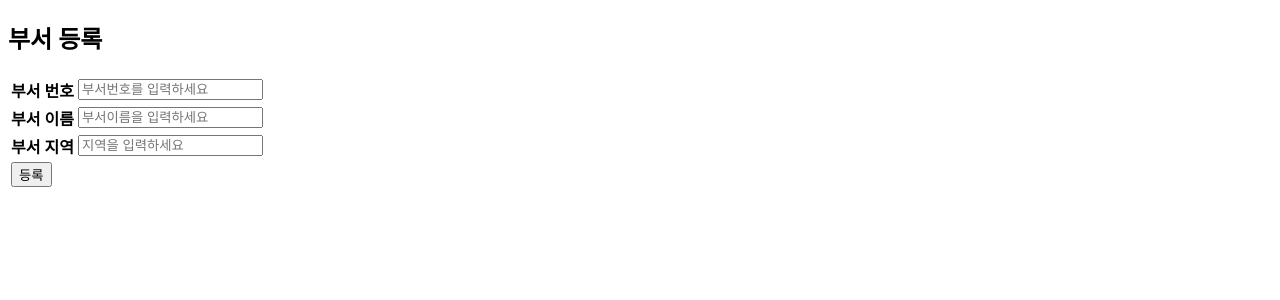
Repository: tmddnrdl333/5_BackEnd
Page: http://localhost/0323_mvc_basic/dept/regist.jsp
The author's editor kept a copy of each file at every save. The page is drawn from the files as they stood at one save, then again after the next save.
The browser window is 1280 px wide. The pictures show the whole page.
The page is served by Tomcat 9.

Above is the page before, as saved 2022-03-23 04:01:12.

After the next save:
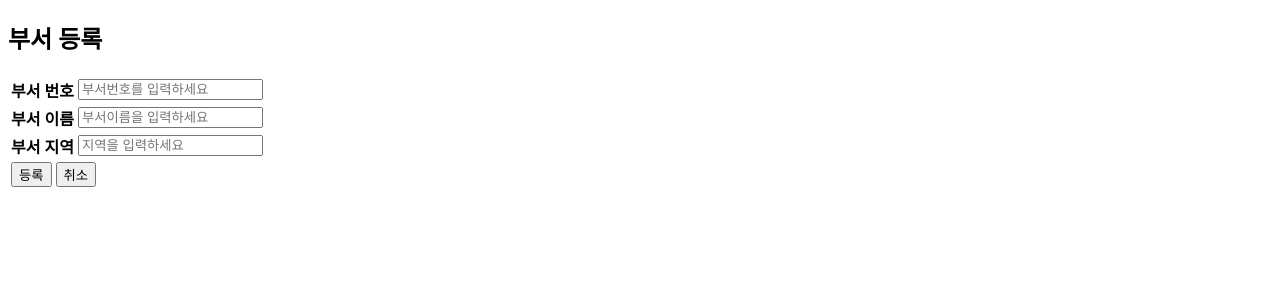
Saved 18 s later.
--- a/0323_mvc_basic/WebContent/dept/regist.jsp
+++ b/0323_mvc_basic/WebContent/dept/regist.jsp
@@ -23,7 +23,10 @@
 			<td><input type="text" name="loc" placeholder="지역을 입력하세요" required="required"/></td>
 		</tr>
 		<tr>
-			<td colspan="2"><input type="submit" value="등록"/></td>
+			<td colspan="2">
+				<input type="submit" value="등록"/>
+				<input type="reset" value="취소"/>
+			</td>
 		</tr>
 
 	</table>
